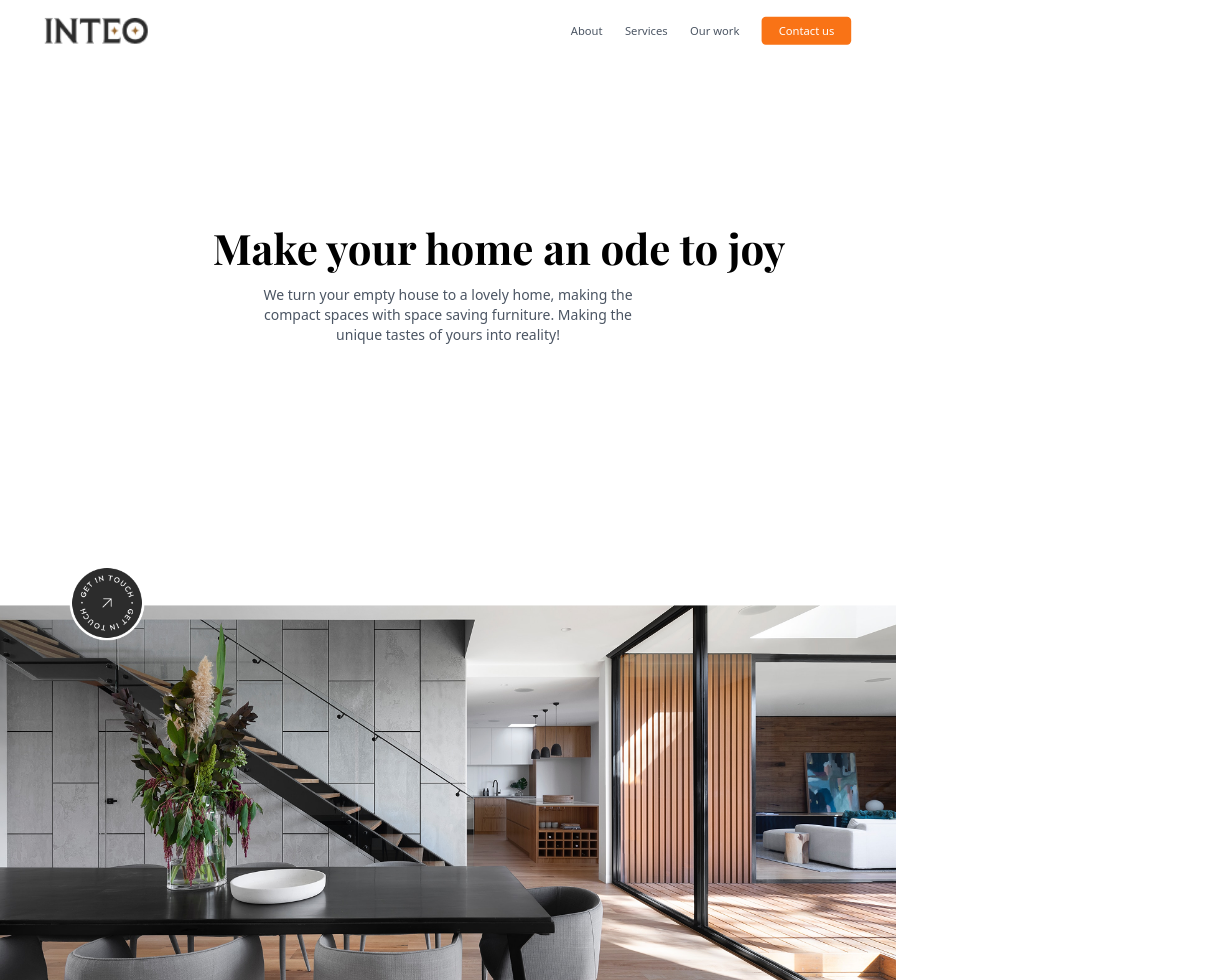
Repository: CatherinneJ/responsive-tailwind-website
Page: tailwind.html
The author's editor kept a copy of each file at every save. The page is drawn from the files as they stood at one save, then again after the next save.
The browser window is 1280 px wide. The page is 1280 px wide, then 1735 px, so the pictures cover 1735 px, including what lies to the right of the window. The pictures show the part of the page from y = 0 to 1400 px (the page is 2164 px tall), at 70% of full size.
Some web libraries are served in a nearby version.

Above is the page before, as saved 2025-05-20 18:57:13.

### tailwind.html
<!DOCTYPE html>
<html lang="en">
<head>
    <meta charset="UTF-8">
    <meta name="viewport" content="width=device-width, initial-scale=1.0">
    <title>NTEO - Make your home an ode to joy</title>
    <script src="https://cdn.tailwindcss.com"></script>
    <link href="https://fonts.googleapis.com/css2?family=Playfair+Display:wght@400;700&display=swap" rel="stylesheet">
    <style>
        .font-playfair {
            font-family: 'Playfair Display', serif;
        }
    </style>
</head>
<body class="bg-white">
    <header class="py-6 px-8 lg:px-16">
        <nav class="flex justify-between items-center">
            <img src="./Assets/Logo.png" alt="logo" class="h-10">
            <ul class="flex space-x-8 items-center">
                <li class="text-gray-600 hover:text-black">About</li>
                <li class="text-gray-600 hover:text-black">Services</li>
                <li class="text-gray-600 hover:text-black">Our work</li>
                <li class="bg-orange-500 text-white px-6 py-2 rounded-md hover:bg-orange-600">Contact us</li>
            </ul>
        </nav>
    </header>

   <section class="flex flex-col items-center justify-center px-8 lg:px-16 py-12 md:py-24 min-h-screen text-center">
        <h1 class="text-4xl font-bold whitespace-nowrap md:text-5xl lg:text-6xl font-bold font-playfair mb-6 max-w-2xl  " >
            Make your home an ode to joy
        </h1>

        <p class="text-lg md:text-xl text-gray-600 mb-12 md:mb-20 max-w-xl">
            We turn your empty house to a lovely home, making the compact spaces with space saving furniture. Making the unique tastes of yours into reality!
        </p>
            <div>
    </section>
    <section>
        <img src="./Assets/Creative.png" class="w-full" alt="background1">
    </section>
    <section id="awards">
        <img src="./Assets/Awards.png" class="w-full" alt="background1" alt="award">
    </section>

    <section class="flex">
        <h2>
            <p>
                We help bring your dream home to reality
            </p>
        </h2>
        <p>
            Lorem ipsum dolor sit amet, consectetur adipiscing elit. Faucibus fringilla dui amet faucibus nam. Erat id laoreet posuere etiam morbi. Tempor dolor elementum tellus non ipsum faucibus. Justo, magna mauris posuere auctor justo. Habitant proin aliquet volutpat leo ultricies. Dui blandit eget vitae turpis ultrices aliquet nunc. Faucibus sit odio bibendum lobortis diam.
        </p>
        <img src="./Assets/Section.png" alt="section2">
    </section>
</body>
</html>

After the next save:
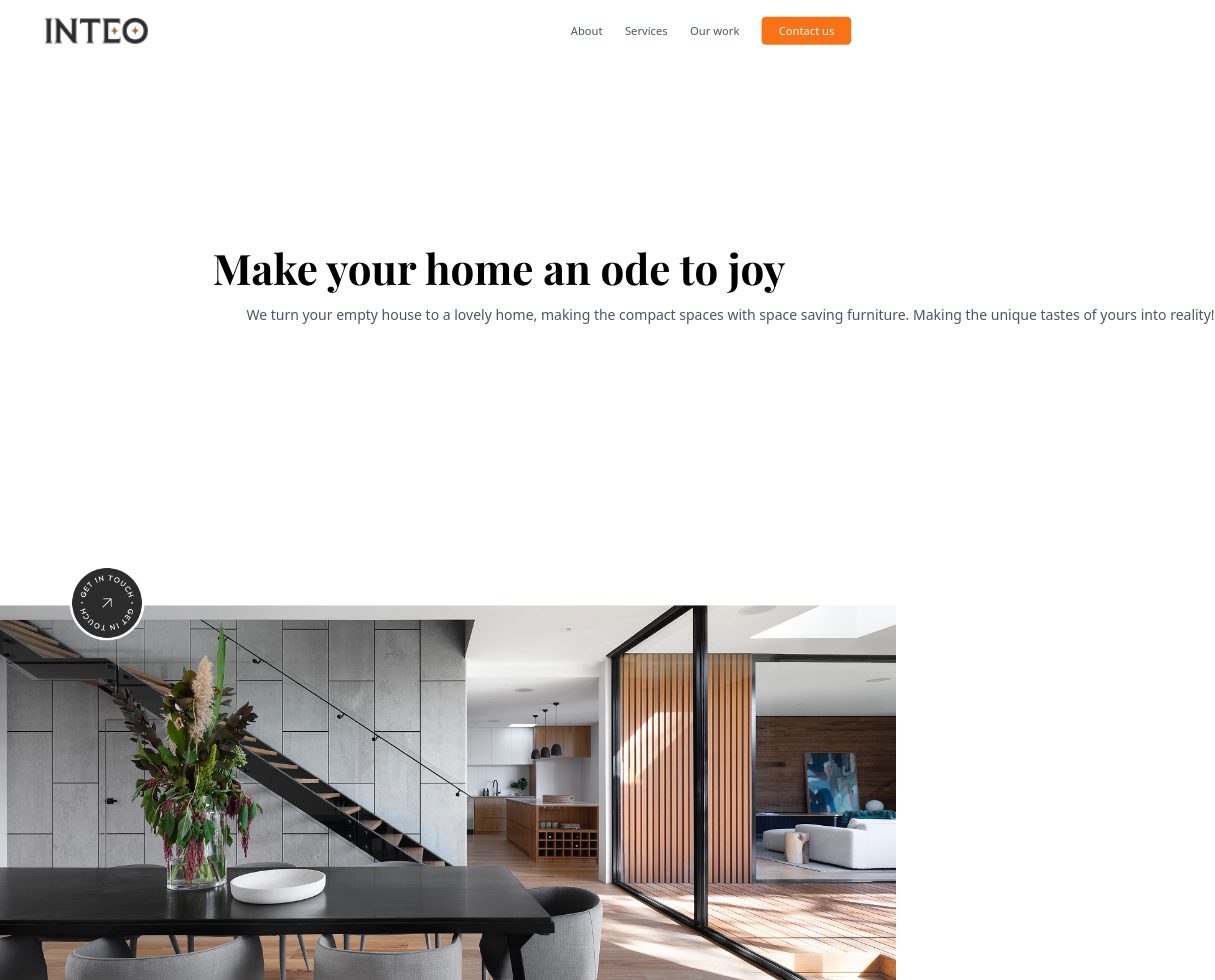
Saved 118 s later.
--- a/tailwind.html
+++ b/tailwind.html
@@ -30,7 +30,7 @@
             Make your home an ode to joy
         </h1>
 
-        <p class="text-lg md:text-xl text-gray-600 mb-12 md:mb-20 max-w-xl">
+        <p class="text-lg md:text-xl text-gray-600 mb-12 md:mb-20 max-w-xl whitespace-nowrap">
             We turn your empty house to a lovely home, making the compact spaces with space saving furniture. Making the unique tastes of yours into reality!
         </p>
             <div>
